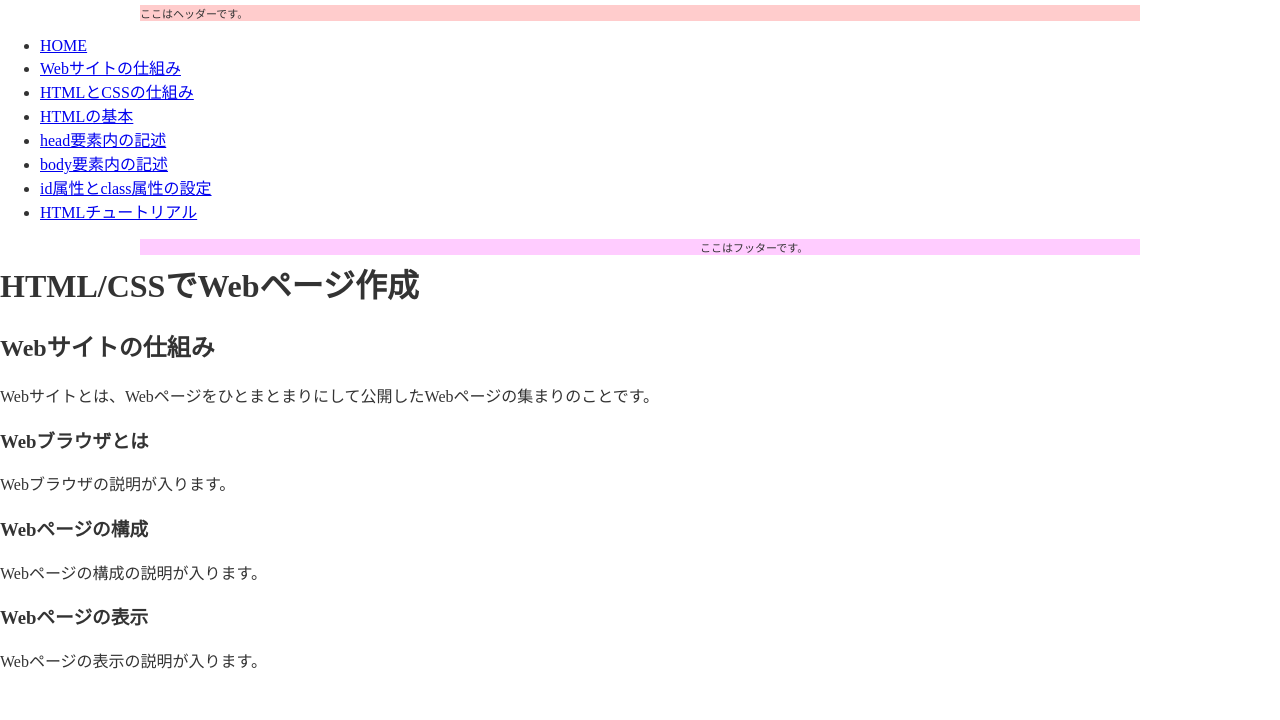
Repository: sugihiro1/test_laravel
Page: kadai_css/kadai_css.html
The author's editor kept a record of every edit. The page is drawn from the files as they stood at one moment, then again after the next edit.
The browser window is 1280 px wide. The pictures show the whole page.

Above is the page before.

### kadai_css/kadai_css.html
<!DOCTYPE html>
<html lang="ja">
    <head>
        <meta charset="utf-8">
        <title>HTML/CSSでWebページ作成</title>
        <link rel="stylesheet" href="kadai_css.css">
    </head>
    <body>
        <header>
            <p>ここはヘッダーです。</p>
        </header>

        <div id="wrapper" class="clearfix">
            <nav id="menu">
                <ul>
                    <li class="current"><a href="kadai_html.html">HOME</a></li>
                    <li><a href="website.html">Webサイトの仕組み</a></li>
                    <li><a href="htmlcss.html">HTMLとCSSの仕組み</a></li>
                    <li><a href="htmlbasic.html">HTMLの基本</a></li>
                    <li><a href="head.html">head要素内の記述</a></li>
                    <li><a href="body.html">body要素内の記述</a></li>
                    <li><a href="idclass.html">id属性とclass属性の設定</a></li>
                    <li><a href="tutorial.html">HTMLチュートリアル</a></li>
                </ul>
            </nav>
            <div id="main">
                <h1>HTML/CSSでWebページ作成</h1>
                <h2>Webサイトの仕組み</h2>
                    <p>Webサイトとは、Webページをひとまとまりにして公開したWebページの集まりのことです。</p>
                    <h3>Webブラウザとは</h3>
                        <p>Webブラウザの説明が入ります。</p>
                    <h3>Webページの構成</h3>
                        <p>Webページの構成の説明が入ります。</p>
                    <h3>Webページの表示</h3>
                        <p>Webページの表示の説明が入ります。</p>
            </div>
        </div>

        <footer>
            <p>ここはフッターです。</p>
        </footer>
    </body>
</html>

### kadai_css/kadai_css.css
@charset "UTF-8";


/* body全体のcss設定  */
body {
    margin: 0;
    padding: 0;
    color: #333;  /* 文字色を少しグレーにする */

}

/* header部分のcss設定 */
header {
    width: 1000px;
    margin: 0 auto;　/* マージン：四辺すべてに適用、中央揃え */
}

header p {
    margin: 5px 0 10px;  /* マージン：上 | 左右 | 下 | */
    background-color: #ffcccc;
    font-size: 11px;
}


/* footer部分のcss設定 */
footer {
    width: 1000px;
    margin: 0 auto;　/* マージン：四辺すべてに����用、中央揃え */
}

footer p {
    margin: 5px 0 10px;  /* マージン：上 | 左右 | 下 | */
    background-color: #ffccff;
    font-size: 11px;
}

#menu {
    width: 300px;
    float: righ;  /* 左寄せ */
}

#main {
    width: 700px;
    float: left;  /* 左寄せ */
}

After the next edit:
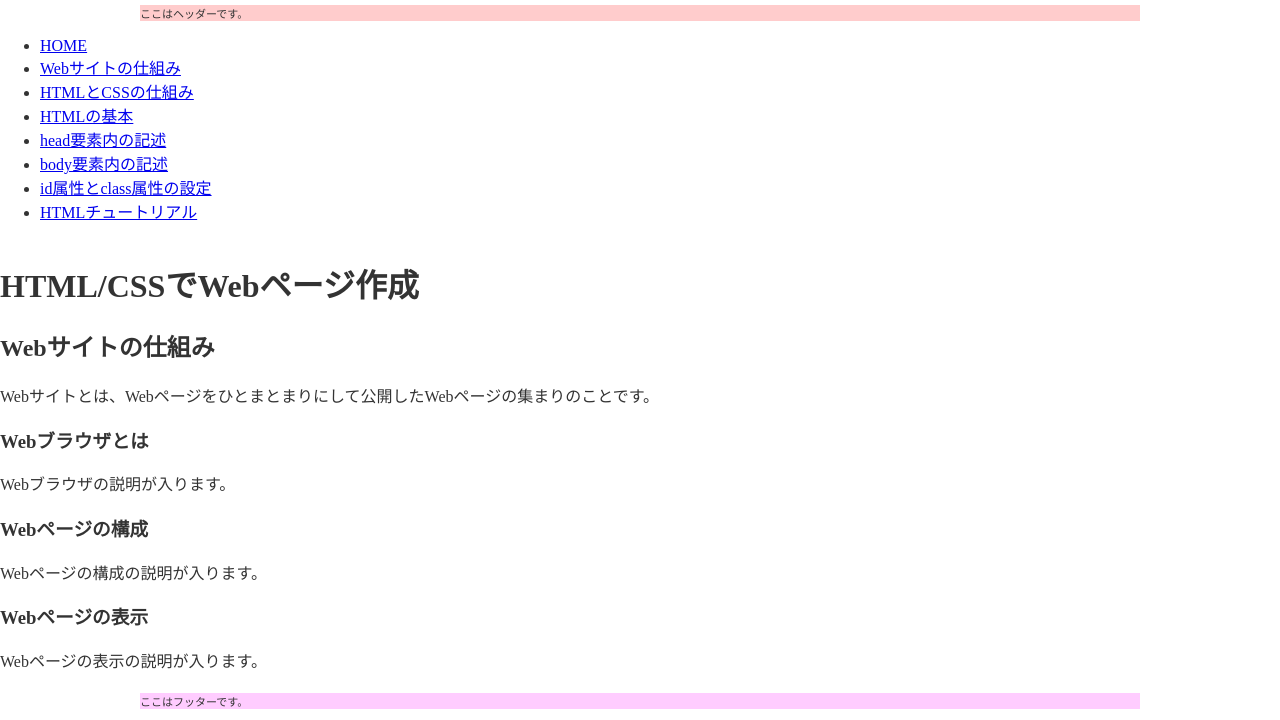
The edit:
--- a/kadai_css/kadai_css.css
+++ b/kadai_css/kadai_css.css
@@ -43,3 +43,16 @@
     width: 700px;
     float: left;  /* 左寄せ */
 }
+
+/* clearfix */
+.clearfix::after {
+    content: '';
+    display: block;
+    clear: both;
+}
+
+/* clearfix 別方式
+#wrapper {
+  overflow: hidden;
+}
+*/
